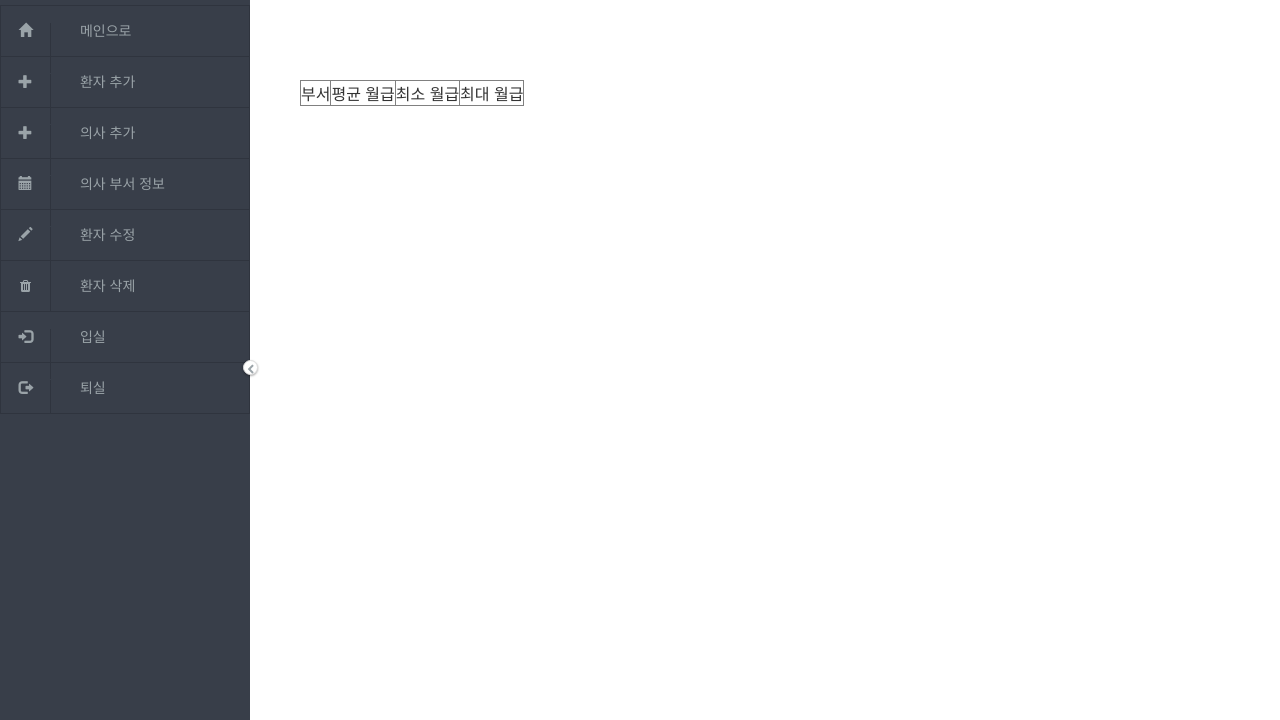
Repository: qaws1134/Hospital_manager
Page: http://localhost/project/D_clsif.jsp
An editor plug-in stored every save of this project. The page is shown before and after the next save, followed by the edit.
The browser window is 1280 px wide. The pictures show the whole page.
Some web libraries are served in a nearby version. The page is served by Tomcat 9.

Above is the page before, as saved 2017-12-08 18:23:10.
Console error (its wording comes from the project's code and is left out).

After the next save:
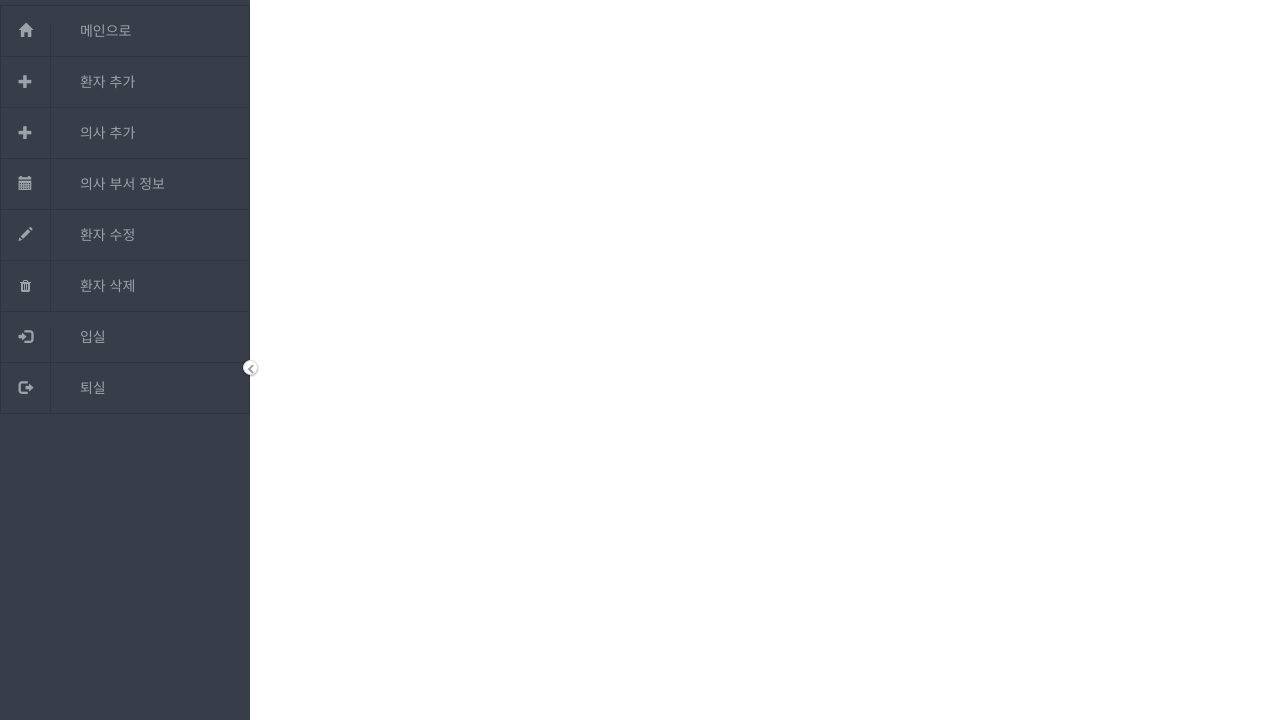
Saved 62 s later.
--- a/project/WebContent/D_clsif.jsp
+++ b/project/WebContent/D_clsif.jsp
@@ -146,7 +146,6 @@
 
 </style>
 </head>
-
 <body>
 <input type="checkbox" id="menu_state" checked>
 <nav>
@@ -207,22 +206,7 @@
 
 <section style="position:absolute; top:80px;left:300px">
       <table border="1">
-      	<tr>
-      		<td>부서</td>
-      		<td>평균 월급</td>
-      		<td>최소 월급</td>
-      		<td>최대 월급</td>
-      	</tr>
-    <!--
-      	<c:forEach items="${D_clsif}" var="dto">
-	      	<tr>
-	      		<td>${dto.D_CLS}</td>
-	      		<td>${dto.AVGCOST}</td>
-	      		<td>${dto.MAXCOST}</td>
-	      		<td>${dto.MINCOST}</td>
-	      	</tr>
-		</c:forEach>
--->
+
       </table>
 </section>
 

After the save that followed:
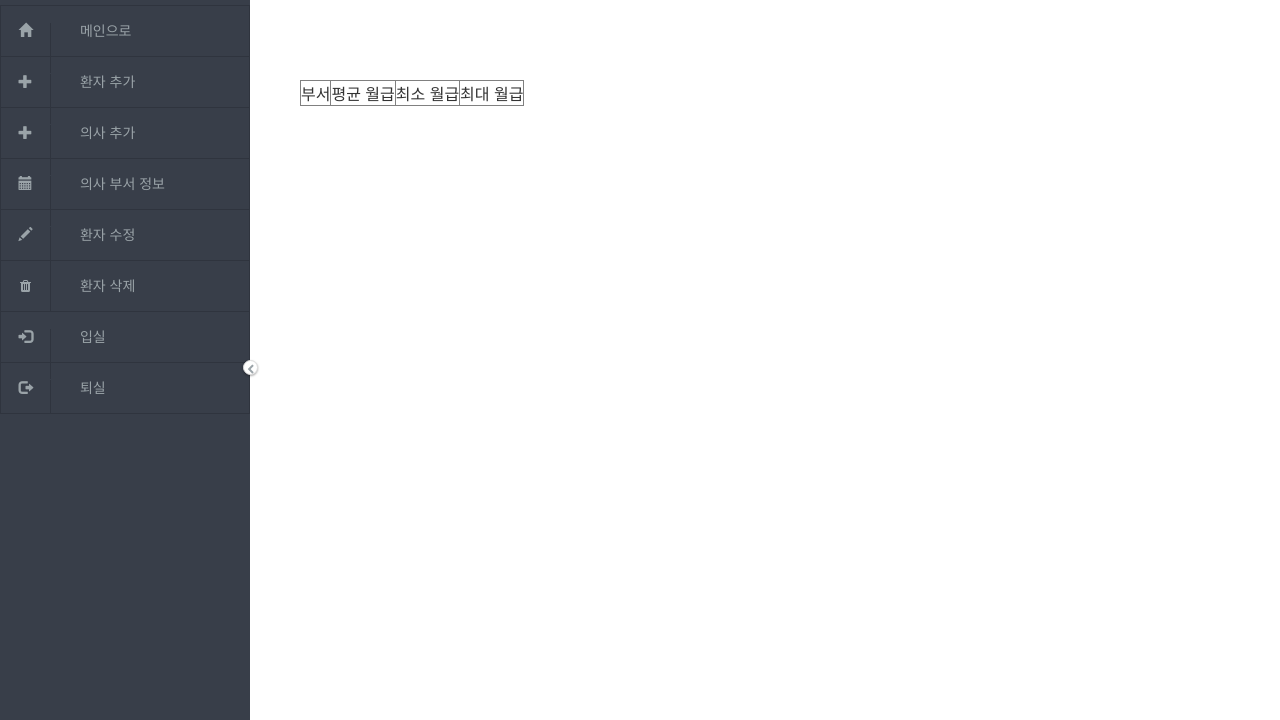
Saved 47 s later.
--- a/project/WebContent/D_clsif.jsp
+++ b/project/WebContent/D_clsif.jsp
@@ -146,6 +146,7 @@
 
 </style>
 </head>
+
 <body>
 <input type="checkbox" id="menu_state" checked>
 <nav>
@@ -206,6 +207,12 @@
 
 <section style="position:absolute; top:80px;left:300px">
       <table border="1">
+      	<tr>
+      		<td>부서</td>
+      		<td>평균 월급</td>
+      		<td>최소 월급</td>
+      		<td>최대 월급</td>
+      	</tr>
 
       </table>
 </section>
